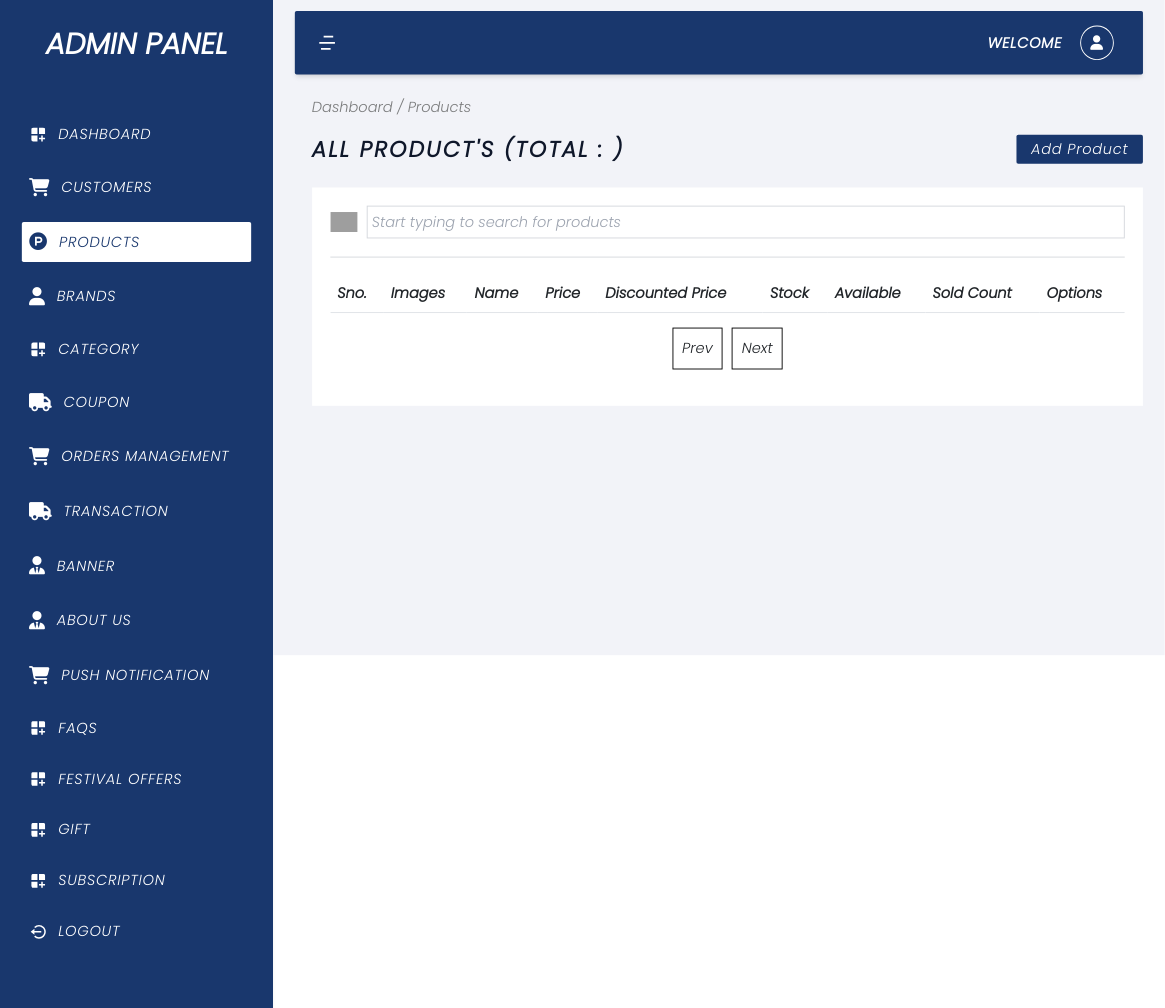
Repository: FlyweisReact/AnilAdminPanel
Page: /Product
These files come from the project's save history. The page is drawn as it stood at one moment and after the next save; the edit follows.
The browser window is 1280 px wide. The pictures show the whole page, at 91% of full size.
Pictures or frames that could not be fetched are drawn as grey boxes. The page's requests for data from a server got no answer. Some web libraries are served in a nearby version. The project was rebuilt for these pictures with package versions that can differ from the ones it lists, and the page was loaded fresh each time. No one was signed in, and anything a server would have sent is missing. Also part of the build but not shown: src/E-CommerceAdmin/forms/Login.jsx, src/E-CommerceAdmin/pages/Dashboard.jsx, src/E-CommerceAdmin/pages/ECategory.js, src/E-CommerceVendor/forms/EVendorLogin.jsx, src/E-CommerceAdmin/pages/EVendorList.js, src/E-CommerceAdmin/pages/EAdminOrders.js, src/E-CommerceAdmin/pages/EAdminProduct.js, src/E-CommerceAdmin/pages/EAdminDelivery.js and 11 more. Imported but missing from the stored project, and not drawn on this page: src/E-CommerceVendor/pages/EVCategory, src/E-CommerceVendor/pages/EVDashboard, src/E-CommerceVendor/pages/EVOrders, src/E-CommerceVendor/pages/EVProduct, src/E-CommerceVendor/pages/EVSubCategory.

Above is the page before, as saved 2023-05-04 13:13:28.

### public/index.html
<!-- @format -->

<!DOCTYPE html>
<html lang="en">
  <head>
    <meta charset="utf-8" />
    <meta name="viewport" content="width=device-width, initial-scale=1" />
    <meta name="theme-color" content="#000000" />
    <meta
      name="description"
      content="Web site created using create-react-app"
    />
    <link rel="apple-touch-icon" href="%PUBLIC_URL%/favicon.ico?v=2" />
    <link rel="manifest" href="%PUBLIC_URL%/manifest.json" />
    <link rel="preconnect" href="https://fonts.googleapis.com">
<link rel="preconnect" href="https://fonts.gstatic.com" crossorigin>
<link href="https://fonts.googleapis.com/css2?family=Roboto+Mono:ital,wght@1,300&display=swap" rel="stylesheet">
    <title>Anil Admin Panel</title>
  </head>
  <body>
    <noscript>You need to enable JavaScript to run this app.</noscript>
    <div id="root"></div>
    <script src="https://code.jquery.com/jquery-3.6.0.min.js"></script>
    <script src="https://kit.fontawesome.com/b533b351e4.js" crossorigin="anonymous"></script>
  </body>
</html>

### src/index.js
import React from "react";
import ReactDOM from "react-dom/client";
import "./index.css";
import App from "./App";
import { BrowserRouter } from "react-router-dom";
import 'bootstrap/dist/css/bootstrap.min.css'

const root = ReactDOM.createRoot(document.getElementById("root"));
root.render(
  <React.StrictMode>
    <BrowserRouter>
      <App />
    </BrowserRouter>
  </React.StrictMode>
);

### src/index.css
/** @format */

@tailwind base;
@tailwind components;
@tailwind utilities;

@import url("https://fonts.googleapis.com/css2?family=Roboto+Mono:ital,wght@1,300&display=swap");
@font-face {
  font-family: Roboto;
  src: url("./Fonts/Poppins-LightItalic.ttf");
}
body {
  margin: 0;
  font-family: Roboto !important;
  -webkit-font-smoothing: antialiased;
  -moz-osx-font-smoothing: grayscale;
}

code {
  font-family: Roboto !important;
}

html {
  font-family: Roboto !important;
}

::-webkit-scrollbar {
  width: 10px;
}
.fa-trash {
  color: red;
  cursor: pointer;
}

.iCOn {
  transition: 0.5s;
  box-shadow: none;
  transform: scale(1);
}
.cardDiv {
  cursor: pointer;
}

.cardDiv:hover .iCOn {
  box-shadow: rgba(0, 0, 0, 0.35) 0px 5px 15px;
  transform: scale(1.3);
}

/* Track */
::-webkit-scrollbar-track {
  background: #f1f1f1;
}

/* Handle */
::-webkit-scrollbar-thumb {
  background: #888;
}

/* Handle on hover */
::-webkit-scrollbar-thumb:hover {
  background: #555;
}
.profileImage {
  width: 100px;
}
.fa-eye {
  color: #029aff;
  cursor: pointer;
}
.fa-edit {
  cursor: pointer;
  color: blue;
}

.View {
  border: 1px solid black;
  width: 100%;
  padding: 10px;
}

.main-card--container {
  display: grid;
  grid-template-columns: repeat(3, minmax(300px, 500px));
  grid-gap: 50px;
  justify-content: space-around;
}
.card-container {
  margin: 25px 0 auto;
  box-shadow: rgba(0, 0, 0, 0.35) 0px 5px 15px;
  position: relative;
  display: grid;
  grid-template-columns: 1fr;
  justify-content: space-around;
  align-items: flex-start;
}

.gridCont{
  display: grid;
  grid-template-columns: auto auto auto;
  justify-content: space-evenly;
  gap: 20px;
}
.gridCont div img{
  width: 300px;
  height: 200px;
}
.gridCont div p{
  margin: 0;
}
.gridCont div{
  padding: 10px;
  box-shadow: rgba(0, 0, 0, 0.35) 0px 5px 15px;
}
.gridCont div .head{
  font-weight: bold;
}
.gridCont div button{
  width: 100%;
  margin-top: 10px;

  border-radius: 0px;
  margin-bottom: 10px;
}



.myEdit:focus {
  box-shadow: rgba(0, 0, 0, 0.35) 0px 5px 15px;
}

.AstroLogin {
  color: #fff;
  background-color: #2b7a8e;
  padding: 10px;
  width: 380px;
  text-align: center;
  font-size: 20px;
  background: linear-gradient(to left, #2b7a8e 50%, #fff 50%) right;
  background-size: 200%;
  transition: 0.5s ease-out;
  border: 1px solid #2b7a8e;
  margin-top: 10px;
  text-transform: uppercase;
}
.AstroLogin:hover {
  background-position: left;
  color: #2b7a8e;
}

.EcommerceAdminLogin {
  color: #fff;
  background-color: #19376d;
  padding: 10px;
  width: 380px;
  text-align: center;
  font-size: 20px;
  background: linear-gradient(to left, #19376d 50%, #fff 50%) right;
  background-size: 200%;
  transition: 0.5s ease-out;
  border: 1px solid #19376d;
  margin-top: 10px;
  text-transform: uppercase;
}

.EcommerceAdminLogin:hover {
  background-position: left;
  color: #19376d;
}
.EcommerceVendorLogin {
  color: #fff;
  background-color: #576cbc;
  padding: 10px;
  width: 380px;
  text-align: center;
  font-size: 20px;
  background: linear-gradient(to left, #576cbc 50%, #fff 50%) right;
  background-size: 200%;
  transition: 0.5s ease-out;
  border: 1px solid #576cbc;
  margin-top: 10px;
  text-transform: uppercase;
}

.EcommerceVendorLogin:hover {
  background-position: left;
  color: #576cbc;
}

.view {
  background-color: #2196f3;
  color: #fff;
  width: 50%;
  padding: 5px;
}

.two-sec {
  display: flex;
  justify-content: space-evenly;
  justify-content: space-evenly;
}
.two-sec .left {
  width: 60%;
  background-color: #f6f1ef;
  padding: 20px;
}
.two-sec .left .head {
  font-size: 25px;
  font-weight: bold;
}

.two-sec .right {
  width: 30%;
  background-color: #f6f1ef;
}

.searchDiv {
  width: 100%;
  display: flex;
  gap: 10px;
  border: 1px solid rgb(179, 179, 179);
  padding: 10px;
  margin-bottom: 20px;
  align-items: center;
}
.searchDiv input {
  width: 94%;
  outline: none;
  border: none;
}

.flexCont {
  display: flex;
  align-items: center;
  gap: 10px;
}
.flexCont img {
  width: 60px;
  background-color: #e9ecef;
}

.blockContent {
  display: block;
}
.blockContent p {
  margin: 0;
}

.checkBox {
  width: 50px;
  height: 25px;
  background-color: #e9ecef;
  border-radius: 50px;
  position: relative;
  cursor: pointer;
}
.checkBox span {
  width: 20px;
  height: 20px;
  border-radius: 100%;
  background-color: #fff;
  position: absolute;
  left: 5px;
  top: 2px;
}
.ActivecheckBox {
  width: 50px;
  height: 25px;
  background-color: #0d6efd;
  border-radius: 50px;
  position: relative;
  cursor: pointer;
}
.ActivecheckBox span {
  width: 20px;
  height: 20px;
  border-radius: 100%;
  background-color: #fff;
  position: absolute;
  right: 5px;
  top: 2px;
}

.fa-eye {
  color: #0cba73;
  background-color: #d6f8e8;
  width: 40px;
  text-align: center;
  height: 40px;
  display: flex;
  border-radius: 100%;
  justify-content: center;
  padding-top: 10px;
  transition: 0.5s;
}

.fa-pen-to-square {
  color: #f4c39c;
  background-color: #ffebdb;
  width: 40px;
  text-align: center;
  height: 40px;
  display: flex;
  border-radius: 100%;
  justify-content: center;
  padding-top: 10px;
  cursor: pointer;
  transition: 0.5s;
}
.fa-trash {
  color: #df939f;
  background-color: #ffe1e8;
  width: 40px;
  text-align: center;
  height: 40px;
  display: flex;
  border-radius: 100%;
  justify-content: center;
  padding-top: 10px;
  cursor: pointer;
  transition: 0.5s;
}
.fa-trash:hover {
  transform: scale(1.2);
}
.fa-eye:hover {
  transform: scale(1.2);
}
.fa-pen-to-square:hover {
  transform: scale(1.2);
}
.required {
  color: #e74260;
}

.headP {
  margin-left: 2%;
  color: #7b7c7d;
}
.filterBox {
  display: flex;
  align-items: center;
  gap: 10px;
  border-bottom: 1px solid #d4d7dc;
  padding-bottom: 20px;
  margin-bottom: 20px;
}
.filterBox img {
  width: 30px;
}
.filterBox input {
  width: 100%;
  border: 1px solid #d4d7dc;
  outline: none;
  padding: 5px;
  color: black;
}
.sectionCont {
  width: 98%;
  background-color: #fff;
  margin-left: 2%;
  padding: 20px;
}

.overFlowCont {
  width: 100%;
  overflow-x: auto;
}

.UserProfile {
  border: 1px solid #fff;
  padding: 10px;
  border-radius: 100%;
  transition: 0.5s;
  margin-left: 20px;
  cursor: pointer;
}

.UserProfile:hover {
  background-color: #fff;
  color: #000;
}

.submitBtn{
  border-radius: 0 !important;
  background-color: #19376d !important  ;

}

.pagination{
display: flex;
justify-content: center;
align-items: center;
gap: 10px;
margin-bottom: 20px;
}
.pagination button{
  border: 1px solid black;
  /* height: 50px;
  width: 50px; */
  padding: 10px;
}

.activePage{
  background-color: #19376d;
  color: #fff;
  border: 1px solid #19376d  !important;
}

.active{
  background-color: #fff;
  color:#19376d !important
}

.prevBtn{

}

### src/E-CommerceAdmin/layout/HOC.jsx
/** @format */

import React, { useState } from "react";
import Navbar from "./Navbar";
import Sidebar from "./Sidebar";

const HOC = (Wcomponenet) => {
  return function Component() {
    const [hamb, setHamb] = useState(false);
    return (
      <>
        <section className="flex overflow-x-hidden relative ">
          {/* Sidebar */}
          <div
            className={
              hamb
                ? " absolute top-0 z-30 md:w-auto shadow-md bg-slate-200  w-60 transition-all md:-left-full left duration-150  h-auto overflow-y-auto  left-0 "
                : " md:w-72 z-30 bg-slate-200  shadow-md  md:static absolute top-0 -left-full   transition-all duration-150  overflow-y-auto h-auto"
            }
            style={{ minWidth: "300px" }}
          >
            <Sidebar hamb={hamb} setHamb={setHamb} />
          </div>
          {/* Components & Navbar */}
          <div
            className={
              hamb
                ? " transition-all px-4 py-2  duration-150 w-full h-screen"
                : " w-full h-screen  px-4 py-2   z-50 transition-all duration-150 "
            }
            style={{backgroundColor : '#f2f3f8'}}
          >
            <Navbar hamb={hamb} setHamb={setHamb} />
            <div className="my-6 text-#000 h-[87%] wcomp overflow-y-auto">
              {" "}
              <Wcomponenet />
            </div>
          </div>
        </section>
      </>
    );
  };
};

export default HOC;

### src/E-CommerceAdmin/layout/Navbar.jsx
/** @format */

import { useState } from "react";
import { RiMenu4Line } from "react-icons/ri";
import { ProfileUpdate } from "../Modals/Modals";

const Navbar = ({ hamb, setHamb }) => {
  const [openProfile, setOpenProfile] = useState(false);

  return (
    <>
      <ProfileUpdate show={openProfile} onHide={() => setOpenProfile(false)} />

      <div
        className={
          hamb
            ? "flex  w-full justify-between  my-1 rounded-sm  p-4 py-3 shadow-md items-center  bg-slate-200 space-x-4"
            : "flex  w-full justify-between my-1 rounded-sm  p-4 py-3 shadow-md items-center  bg-slate-200 space-x-4"
        }
        style={{ backgroundColor: "#19376d" }}
      >
        <RiMenu4Line
          onClick={() => setHamb(!hamb)}
          className="text-2xl font-bold text-gray-900 hover:scale-90 cursor-pointer"
          style={{ color: "#fff" }}
        />

        <section className="flex sm:ml-auto justify-end sm:w-full items-center space-x-2  pr-2">
          <figcaption className="tracking-wider pl-1 font-semibold">
            <div
              className="lg:text-base text-sm text-gray-900  uppercase"
              style={{ color: "#fff" }}
            >
              Welcome
              <i
                className="fa-solid fa-user UserProfile"
                onClick={() => setOpenProfile(!openProfile)}
              ></i>
            </div>
          </figcaption>
        </section>
      </div>
    </>
  );
};

export default Navbar;

### src/E-CommerceAdmin/layout/Sidebar.jsx
/** @format */

import React from "react";
import { RiCloseLine } from "react-icons/ri";
import { Link, useLocation, useNavigate } from "react-router-dom";
import { BiLogOutCircle } from "react-icons/bi";
import { MdDashboardCustomize } from "react-icons/md";

const Sidebar = ({ hamb, setHamb }) => {
  const navigate = useNavigate();
  const location = useLocation();

  const nav = [
    {
      icon: <MdDashboardCustomize className="text-xl mr-3 rounded-full " />,
      link: "/E-Commerce/dashboard",
      name: "Dashboard",
    },

    {
      icon: (
        <i className="fa-solid fa-cart-shopping text-xl mr-3 rounded-full"></i>
      ),
      link: "/Customer",
      name: "Customers",
    },

    {
      icon: (
        <i className="fa-brands fa-product-hunt text-xl mr-3 rounded-full"></i>
      ),
      link: "/Product",
      name: "Products",
    },

    {
      icon: <i class="fa-solid fa-user text-xl mr-3 rounded-full"></i>,
      link: "/E-Commerce/Admin",
      name: "Brands",
    },
    {
      icon: <MdDashboardCustomize className="text-xl mr-3 rounded-full " />,
      link: "/E-Commerce/Category",
      name: "Category",
    },
    {
      icon: <i class="fa-solid fa-truck  text-xl mr-3 rounded-full"></i>,
      link: "/E-Commerce/Admin/Delivery",
      name: "Coupon",
    },

    {
      icon: (
        <i className="fa-solid fa-cart-shopping text-xl mr-3 rounded-full"></i>
      ),
      link: "/E-commerce/Admin/Orders",
      name: "Orders Management",
    },
    {
      icon: <i class="fa-solid fa-truck  text-xl mr-3 rounded-full"></i>,
      link: "/transation",
      name: "Transaction",
    },

    {
      icon: <i class="fa-solid fa-user-tie text-xl mr-3 rounded-full"></i>,
      link: "/banner",
      name: "Banner",
    },
    {
      icon: <i class="fa-solid fa-user-tie text-xl mr-3 rounded-full"></i>,
      link: "/about",
      name: "About Us",
    },

    {
      icon: (
        <i className="fa-solid fa-cart-shopping text-xl mr-3 rounded-full"></i>
      ),
      link: "/notification",
      name: "Push Notification",
    },

    {
      icon: <MdDashboardCustomize className="text-xl mr-3 rounded-full " />,
      link: "/E-Commerce/Admin/subCat",
      name: "FAQS",
    },
    {
      icon: <MdDashboardCustomize className="text-xl mr-3 rounded-full " />,
      link: "/wholeSale",
      name: "Festival Offers",
    },
    {
      icon: <MdDashboardCustomize className="text-xl mr-3 rounded-full " />,
      link: "/gift",
      name: "Gift ",
    },
    {
      icon: <MdDashboardCustomize className="text-xl mr-3 rounded-full " />,
      link: "/subs",
      name: "Subscription",
    },
  ];

  const logOut = () => {
    navigate("/");
  };

  return (
    <>
      <aside
        className="p-4 h-auto"
        style={{ backgroundColor: "#19376d", minHeight: "100vh" }}
      >
        {/* Top */}
        <div className="w-full md:hidden relative  p-2 mb-4">
          <RiCloseLine
            onClick={() => setHamb(!hamb)}
            className="text-3xl  absolute top-2 sm:hover:rotate-[228deg] transition-transform font-bold right-2 sm:hover:text-[22px] text-[rgb(241,146,46)] cursor-pointer"
          />
        </div>{" "}
        <figure className="flex  flex-col items-center">
          <span
            className="font-bold text-[#fff]"
            style={{
              fontSize: "2rem",
              textAlign: "center",
              textTransform: "uppercase",
            }}
          >
            ADMIN PANEL
          </span>
        </figure>
        <nav className="py-6">
          {nav.map((nav) => {
            return (
              <Link
                to={nav.link}
                key={nav.name}
                className=""
                style={{ textDecoration: "none", textTransform: "uppercase" }}
              >
                <span
                  className={
                    location.pathname === nav.link
                      ? "active flex my-3 items-center cursor-pointer text-gray-900    tracking-wider p-2 rounded-sm "
                      : "flex my-3 items-center cursor-pointer text-gray-900    tracking-wider p-2 rounded-sm "
                  }
                  style={{ color: "#FFF" }}
                >
                  {nav.icon} {nav.name}
                </span>
              </Link>
            );
          })}
          <span
            className="flex my-3 items-center cursor-pointer text-gray-900    tracking-wider p-2 rounded-sm"
            onClick={() => logOut()}
            style={{ color: "#FFF", textTransform: "uppercase" }}
          >
            <BiLogOutCircle className="text-xl mr-3 rounded-full " /> LogOut
          </span>
        </nav>
      </aside>
    </>
  );
};

export default Sidebar;

### src/E-CommerceAdmin/Modals/Modals.js
/** @format */

import { Button, Form, Modal } from "react-bootstrap";

export function ProfileUpdate(props) {
  return (
    <Modal
      {...props}
      size="lg"
      aria-labelledby="contained-modal-title-vcenter"
      centered
    >
      <Modal.Header closeButton>
        <Modal.Title id="contained-modal-title-vcenter">
          Update Profile
        </Modal.Title>
      </Modal.Header>
      <Modal.Body>
        <Form>
          <Form.Group className="mb-3">
            <Form.Label>Name</Form.Label>
            <Form.Control type="text" />
          </Form.Group>
          <Form.Group className="mb-3">
            <Form.Label>Email</Form.Label>
            <Form.Control type="email" />
          </Form.Group>
          <Form.Group className="mb-3">
            <Form.Label>Phone Number</Form.Label>
            <Form.Control type="tel" pattern="[0-9]{10}" />
          </Form.Group>
          <Form.Group className="mb-3">
            <Form.Label>Password</Form.Label>
            <Form.Control type="password" />
          </Form.Group>
          <Button className="submitBtn" >Submit</Button>
        </Form>
      </Modal.Body>
      <Modal.Footer></Modal.Footer>
    </Modal>
  );
}

Loaded but not shown: tailwind.config.js (common file); src/E-CommerceAdmin/pages/EProduct.js (580 lines, source omitted); src/App.js (86 lines, source omitted)

After the next save:
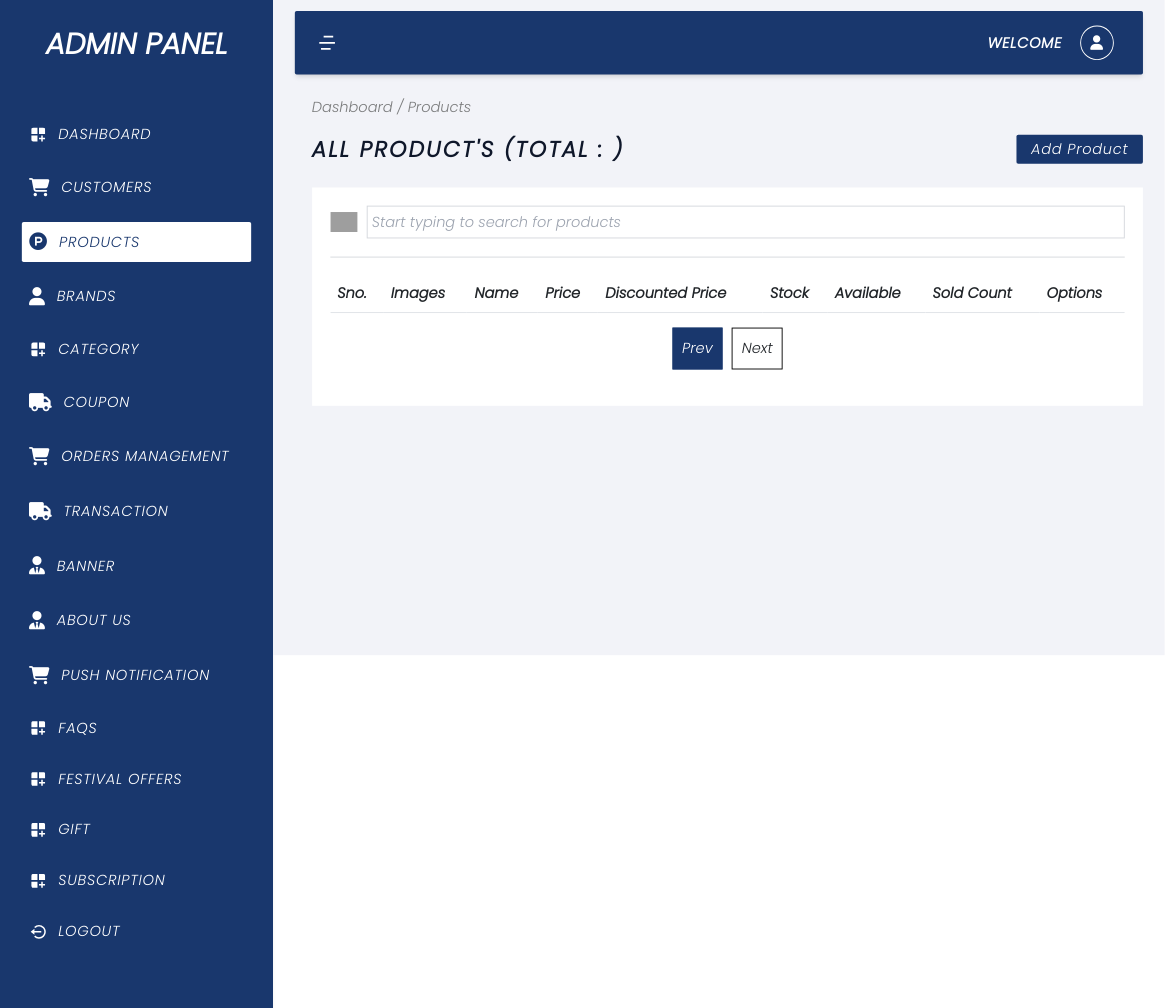
Saved 8 s later.
--- a/src/index.css
+++ b/src/index.css
@@ -412,5 +412,7 @@
 }
 
 .prevBtn{
-
-}
+  background-color: #19376d;
+  color: #fff;
+  border: 1px solid #19376d  !important;
+}

After the save that followed:
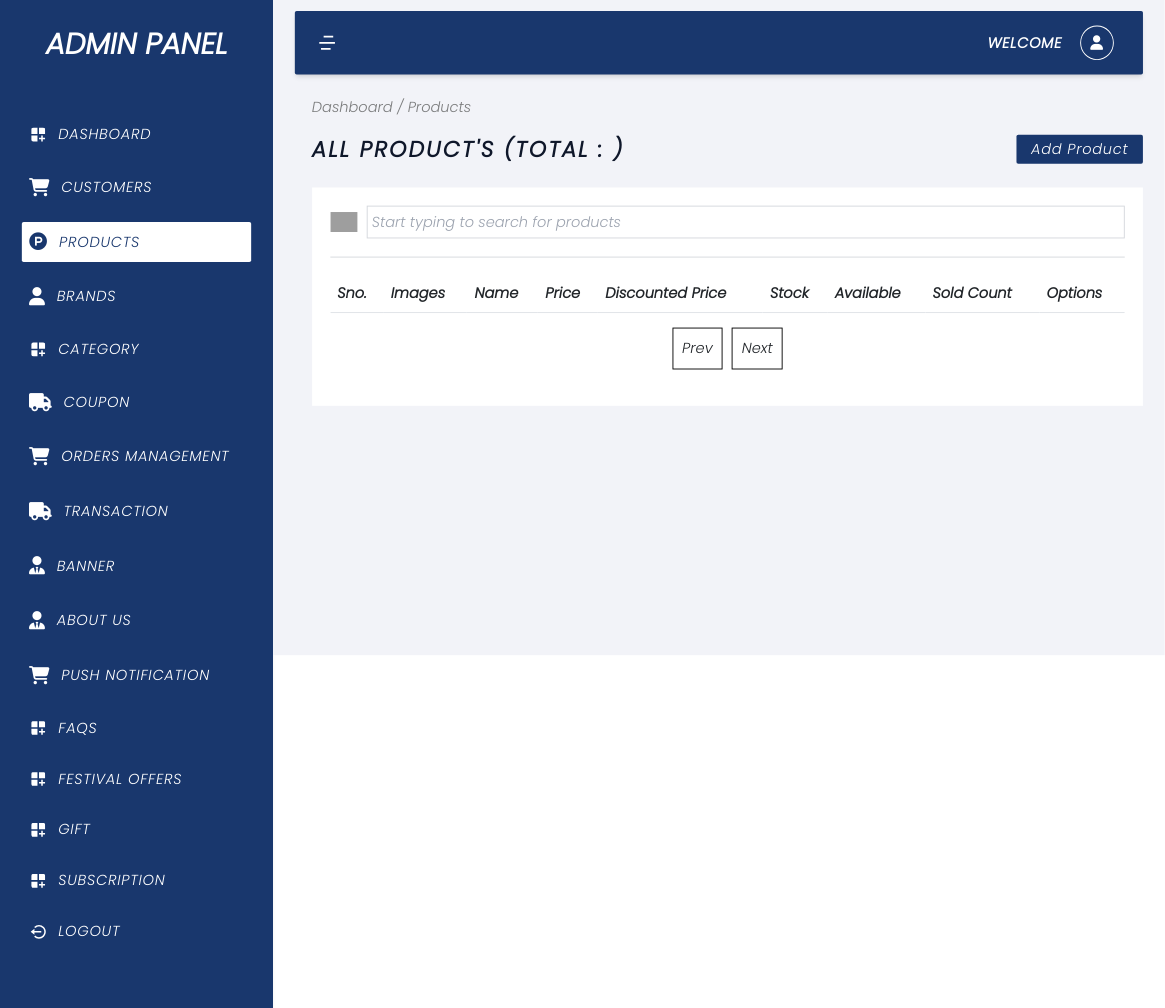
Saved 4 s later.
--- a/src/index.css
+++ b/src/index.css
@@ -412,7 +412,5 @@
 }
 
 .prevBtn{
-  background-color: #19376d;
-  color: #fff;
-  border: 1px solid #19376d  !important;
-}
+
+}
